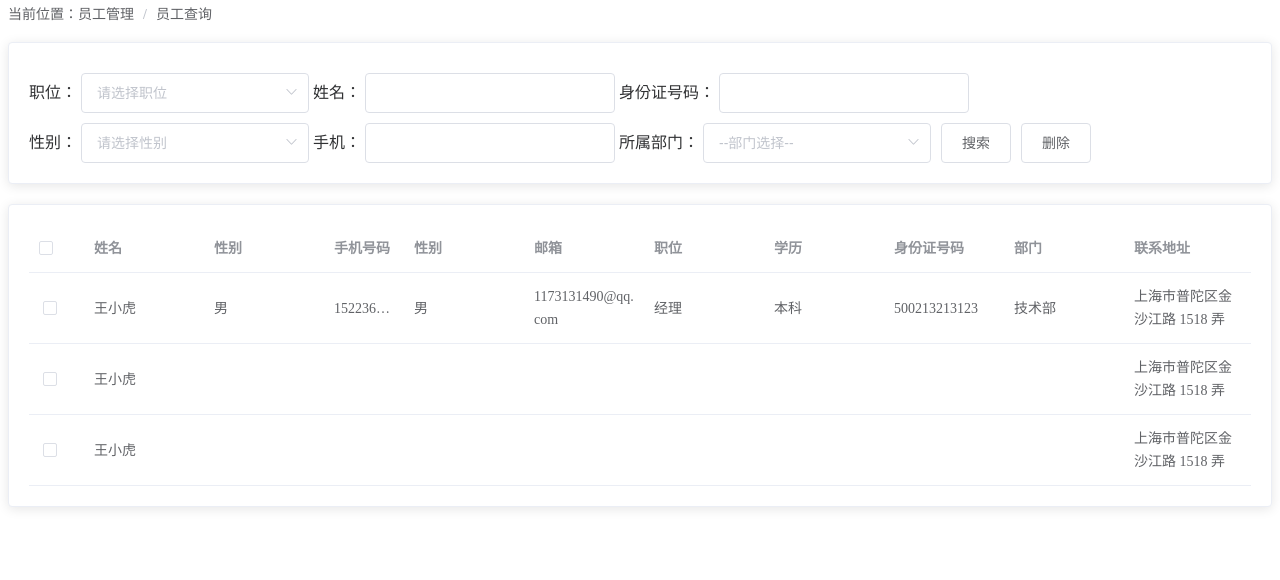
Repository: YUNjwyao/vue_hrm
Page: /#/employee
These files come from the project's save history. The page is drawn as it stood at one moment and after the next save; the edit follows.
The browser window is 1280 px wide. The pictures show the whole page.
The project was rebuilt for these pictures with package versions that can differ from the ones it lists, and the page was loaded fresh each time.

Above is the page before, as saved 2020-10-15 19:50:02.

### src/App.vue
<template>
  <div id="app">
     <!-- 路由占位符 -->
     <router-view></router-view>
  </div>
</template>

<script>

export default {

}
</script>

<style lang="less" scoped>

</style>

### src/router/index.js
import Vue from 'vue'
import VueRouter from 'vue-router'
import EmployeeQuery from '../components/Employee/EmployeeQuery.vue'

Vue.use(VueRouter)

const routes = [
 {
   path: '/employee',component: EmployeeQuery
 }
]

const router = new VueRouter({
  routes
})

export default router

### src/plugins/element.js
import Vue from 'vue'
import {
    Button,
    Breadcrumb,
    BreadcrumbItem,
    Card,
    Select,
    Option,
    Input,
    Row,
    Table,
    TableColumn
} from 'element-ui'


Vue.use(Button)
Vue.use(Breadcrumb)
Vue.use(BreadcrumbItem)
Vue.use(Card)
Vue.use(Select)
Vue.use(Option)
Vue.use(Input)
Vue.use(Row)
Vue.use(Table)
Vue.use(TableColumn)

### src/components/Employee/EmployeeQuery.vue
<template>
  <div class="employee">
    <!-- 面包屑导航 -->
    <el-breadcrumb separator="/">
      <el-breadcrumb-item>当前位置：员工管理</el-breadcrumb-item>
      <el-breadcrumb-item><a href="/">员工查询</a></el-breadcrumb-item>
    </el-breadcrumb>
    <!-- 查询输入框 -->
    <el-card>
      <el-row>
        职位：
        <el-select v-model="value" placeholder="请选择职位">
          <el-option
            v-for="item in options"
            :key="item.value"
            :label="item.label"
            :value="item.value"
          >
          </el-option>
        </el-select>
        姓名：
        <el-input v-model="input"></el-input>
        身份证号码：
        <el-input v-model="input"></el-input>
      </el-row>
      <el-row>
        性别：
        <el-select v-model="value" placeholder="请选择性别">
          <el-option
            v-for="item in optionsSex"
            :key="item.value"
            :label="item.label"
            :value="item.value"
          >
          </el-option>
        </el-select>
        手机：
        <el-input v-model="input"></el-input>
        所属部门：
        <el-select v-model="value" placeholder="--部门选择--">
          <el-option
            v-for="item in optionsDoor"
            :key="item.value"
            :label="item.label"
            :value="item.value"
          >
          </el-option>
        </el-select>
        <el-button>搜索</el-button>
        <el-button>删除</el-button>
      </el-row>
    </el-card>
    <!-- Table表格 -->
    <el-card>
      <el-table
        ref="multipleTable"
        :data="tableData"
        tooltip-effect="dark"
        style="width: 100%"
        @selection-change="handleSelectionChange"
      >
        <el-table-column type="selection" width="55"> </el-table-column>
        <el-table-column prop="name" label="姓名" width="120">
          <template slot-scope="scope">{{ scope.row.name }}</template>
        </el-table-column>
        <el-table-column prop="sex" label="性别" width="120"> </el-table-column>
        <el-table-column prop="phone" label="手机号码" show-overflow-tooltip>
        </el-table-column>
        <el-table-column prop="sex" label="性别" width="120"> </el-table-column>
        <el-table-column prop="email" label="邮箱" width="120">
        </el-table-column>
        <el-table-column prop="job" label="职位" width="120"> </el-table-column>
        <el-table-column prop="education" label="学历" width="120">
        </el-table-column>
        <el-table-column prop="IdNumber" label="身份证号码" width="120">
        </el-table-column>
        <el-table-column prop="door" label="部门" width="120">
        </el-table-column>
        <el-table-column prop="address" label="联系地址" width="120">
        </el-table-column>
        <el-table-column prop="date" label="建档日期" width="120">
        </el-table-column>
        <el-table-column label="操作" width="120"> </el-table-column>
      </el-table>
      <!-- 分页 -->
      <el-pagination
        @size-change="handleSizeChange"
        @current-change="handleCurrentChange"
        :current-page="currentPage4"
        :page-sizes="[100, 200, 300, 400]"
        :page-size="100"
        layout="total, sizes, prev, pager, next, jumper"
        :total="400"
      >
      </el-pagination>
    </el-card>
  </div>
</template>

<script>
export default {
  data() {
    return {
      options: [
        {
          value: "选项1",
          label: "经理",
        },
        {
          value: "选项2",
          label: "职员",
        },
      ],
      optionsSex: [
        {
          value: "选项1",
          label: "男",
        },
        {
          value: "选项2",
          label: "女",
        },
      ],
      optionsDoor: [
        {
          value: "选项1",
          label: "技术部",
        },
        {
          value: "选项2",
          label: "运营部",
        },
      ],
      tableData: [
        {
          name: "王小虎",
          sex: "男",
          phone: "1522369825",
          email: "1173131490@qq.com",
          job: "经理",
          education: "本科",
          IdNumber: "500213213123",
          door: "技术部",
          address: "上海市普陀区金沙江路 1518 弄",
          date: "2016-12-03",
        },
        {
          date: "2016-05-02",
          name: "王小虎",
          address: "上海市普陀区金沙江路 1518 弄",
        },
        {
          date: "2016-05-04",
          name: "王小虎",
          address: "上海市普陀区金沙江路 1518 弄",
        },
      ],
      multipleSelection: [],
    };
  },
  methods: {
    toggleSelection(rows) {
      if (rows) {
        rows.forEach((row) => {
          this.$refs.multipleTable.toggleRowSelection(row);
        });
      } else {
        this.$refs.multipleTable.clearSelection();
      }
    },
    handleSelectionChange(val) {
      this.multipleSelection = val;
    },
  },
};
</script>

<style lang="less" scoped>
.el-card {
  margin-top: 20px;
}
.el-input {
  width: 250px;
}
.el-row {
  margin-top: 10px;
}
.el-button {
  margin-left: 10px;
}
</style>

Loaded but not shown: public/index.html (common file); src/main.js (common file); src/store/index.js (common file)

After the next save:
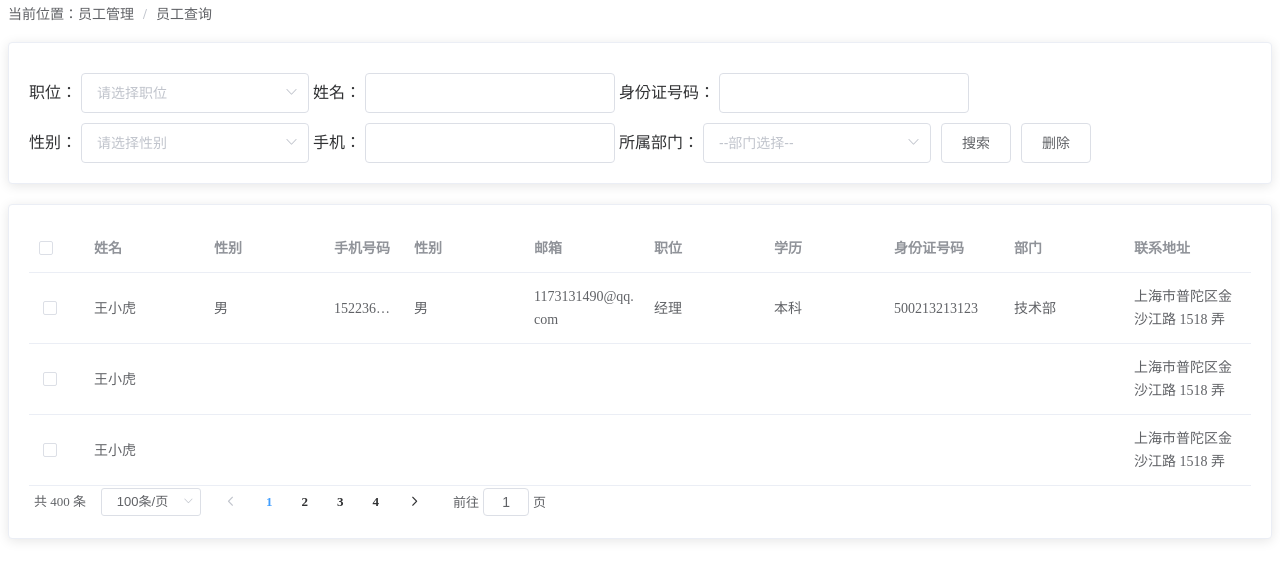
Saved 38 s later.
--- a/src/plugins/element.js
+++ b/src/plugins/element.js
@@ -9,7 +9,8 @@ import {
     Input,
     Row,
     Table,
-    TableColumn
+    TableColumn,
+    Pagination
 } from 'element-ui'
 
 
@@ -23,3 +24,4 @@ Vue.use(Input)
 Vue.use(Row)
 Vue.use(Table)
 Vue.use(TableColumn)
+Vue.use(Pagination)
